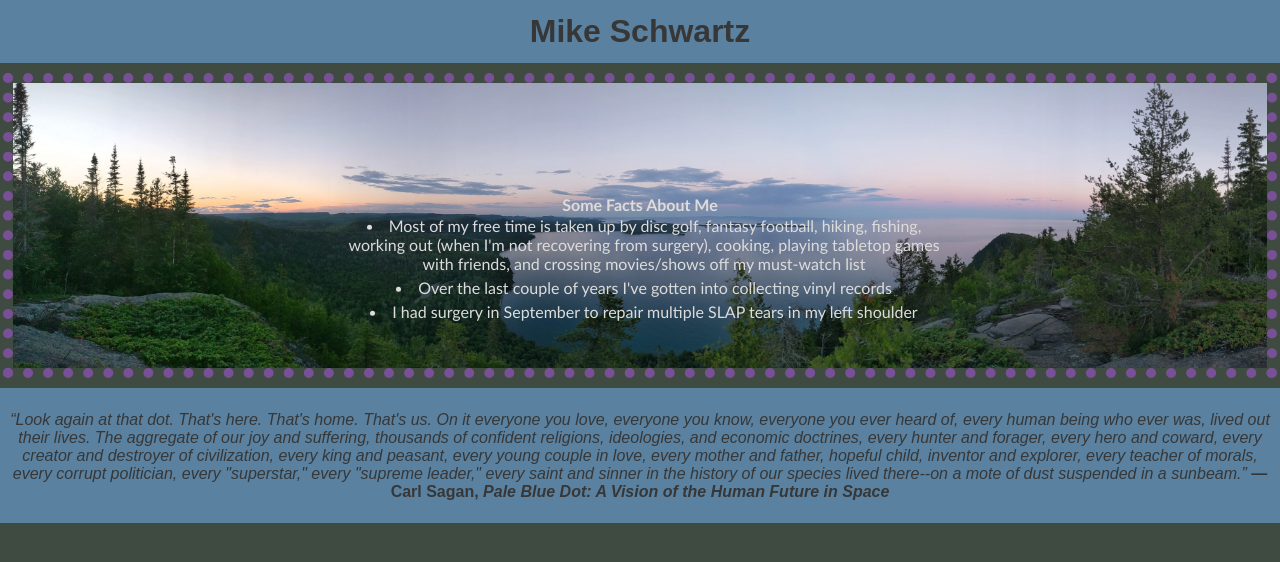
Repository: Ellusionism/prime-pw-week-1-assignment
Page: assignment/index.html
The author's editor kept a copy of each file at every save. The page is drawn from the files as they stood at one save, then again after the next save.
The browser window is 1280 px wide. The pictures show the whole page.

Above is the page before, as saved 2022-10-26 18:12:41.

After the next save:
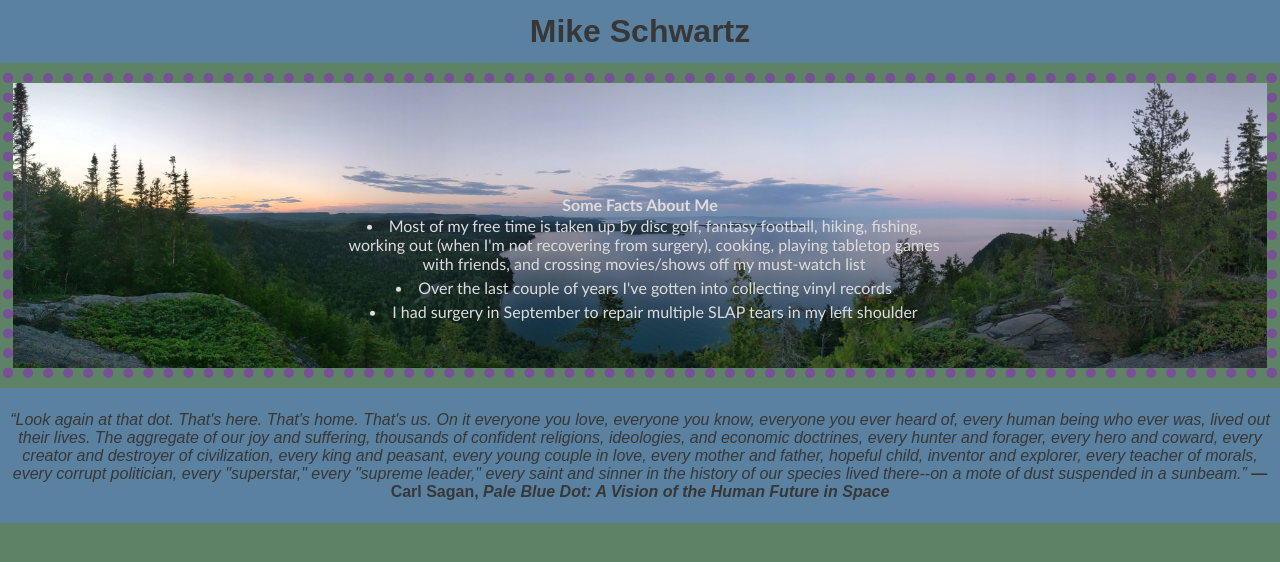
Saved 5 s later.
--- a/assignment/style.css
+++ b/assignment/style.css
@@ -1,6 +1,6 @@
 /* Give your page a fun background color */
 body {
- background-color: rgb(63, 74, 65);
+ background-color: rgb(94, 130, 101);
  margin: 0;
  font-family: Arial, Helvetica, sans-serif;
 }
